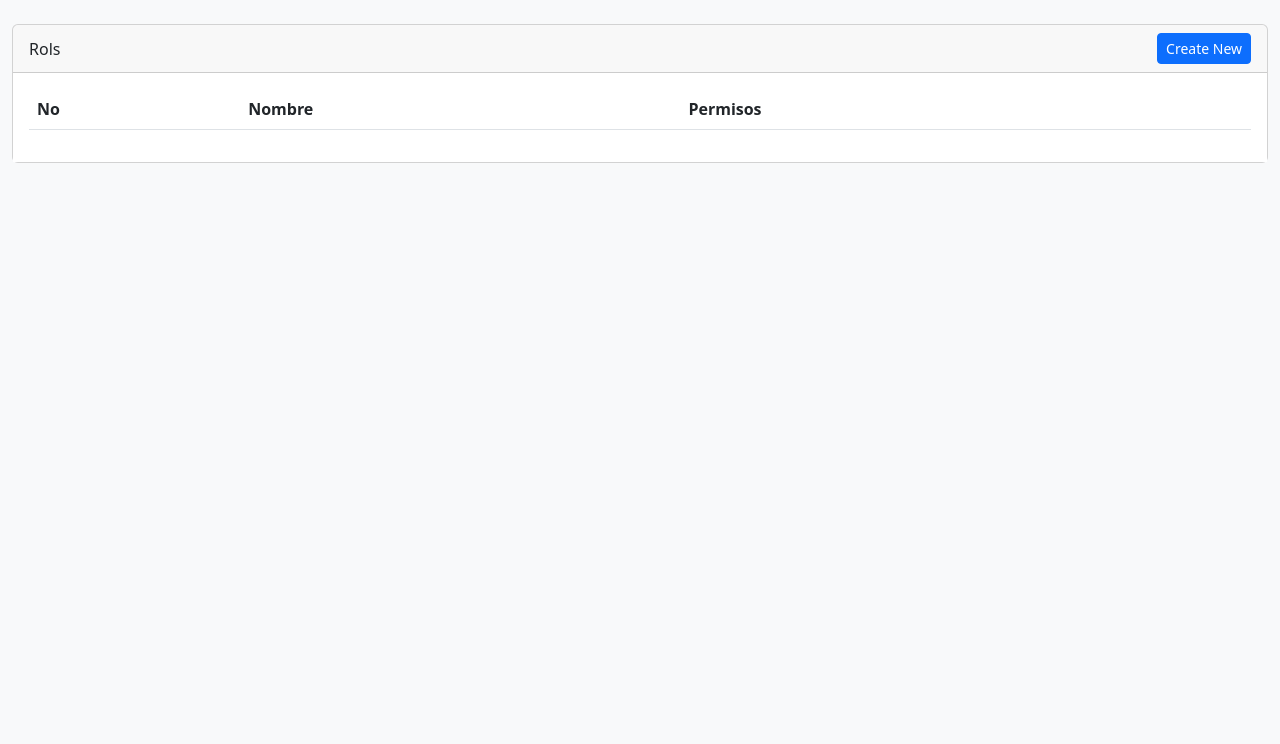
Repository: iAngie28/autoescuela-unido
Page: http://localhost/rols
An editor plug-in stored every save of this project. The page is shown before and after the next save, followed by the edit.
The browser window is 1280 px wide. The pictures show the whole page.
The page is served by the project's Laravel application, run on PHP 8.4 with Laravel 12. Other server files are loaded and not shown. Queries for data that is not in the repository find no rows.

Above is the page before, as saved 2025-05-07 02:29:04.

### app/Listeners/LogSuccessfulLogout.php
<?php

namespace App\Listeners;

use App\Models\Bitacora;
use Illuminate\Auth\Events\Logout;
use Illuminate\Contracts\Queue\ShouldQueue;
use Illuminate\Queue\InteractsWithQueue;

class LogSuccessfulLogout
{
    public function handle(Logout $event)
    {

        $lastEntry = Bitacora::where('id_user', $event->user->id)
        ->whereNull('fecha_salida')
        ->latest()
        ->first();

        if ($lastEntry) {
        $lastEntry->update([
            'fecha_salida' => now(),
            'accion' => $lastEntry->actions . "\nCierre de sesión"
        ]);
    }
    }
}

### app/Listeners/LogSuccessfulLogin.php
<?php

namespace App\Listeners;

use App\Models\Bitacora;
use Illuminate\Auth\Events\Login;
use Illuminate\Support\Facades\Log;
use Illuminate\Contracts\Queue\ShouldQueue;
use Illuminate\Queue\InteractsWithQueue;

class LogSuccessfulLogin
{
    public function handle(Login $event)
    {
        Log::info('Listener de Login ejecutado');
        Bitacora::create([
            'id_user' => $event->user->id,
            'direccion_ip' => request()->ip(),
            'fecha_entrada' => now(),
            'accion' => 'inicio de sesion'
        ]);
    }
}

### routes/web.php
<?php

use Illuminate\Support\Facades\Route;
use App\Http\Controllers\AdministradorController;
use App\Http\Controllers\EstudianteController;
use App\Http\Controllers\ExamenCategoriaAspiraController;
use App\Http\Controllers\GrupoExamanController;
use App\Http\Controllers\InstructorController;
use App\Http\Controllers\NotificacioneController;
use App\Http\Controllers\PagoController;
use App\Http\Controllers\PaqueteController;
use App\Http\Controllers\RolController;
use App\Http\Controllers\TipoVehiculoController;
use App\Http\Controllers\UsuarioController;
use App\Http\Controllers\VehiculoController;

Route::view('/', 'welcome');

Route::view('dashboard', 'dashboard')
    ->middleware(['auth', 'verified'])
    ->name('dashboard');

Route::view('profile', 'profile')
    ->middleware(['auth'])
    ->name('profile');

require __DIR__.'/auth.php';
//angie
Route::resource('rols', \App\Http\Controllers\RolController::class); // Sin middleware
Route::resource('notificaciones', NotificacioneController::class);
Route::resource('usuarios', UsuarioController::class);
Route::resource('administradors', AdministradorController::class);
Route::resource('estudiantes', EstudianteController::class);
Route::resource('instructors', InstructorController::class);
Route::resource('pagos', PagoController::class);
Route::resource('tipo-vehiculos', TipoVehiculoController::class);
Route::resource('vehiculos', VehiculoController::class);
Route::resource('examen-categoria-aspiras', ExamenCategoriaAspiraController::class);
Route::resource('paquetes', PaqueteController::class);
Route::resource('grupo-examen', GrupoExamanController::class);

### app/Http/Controllers/RolController.php
<?php

namespace App\Http\Controllers;

use App\Models\Rol;
use Illuminate\Http\RedirectResponse;
use Illuminate\Http\Request;
use App\Http\Requests\RolRequest;
use Illuminate\Support\Facades\Redirect;
use Illuminate\View\View;

class RolController extends Controller
{
    /**
     * Display a listing of the resource.
     */
    public function index(Request $request): View
    {
        $rols = Rol::paginate();

        return view('rol.index', compact('rols'))
            ->with('i', ($request->input('page', 1) - 1) * $rols->perPage());
    }

    /**
     * Show the form for creating a new resource.
     */
    public function create(): View
    {
        $rol = new Rol();

        return view('rol.create', compact('rol'));
    }

    /**
     * Store a newly created resource in storage.
     */
    public function store(RolRequest $request): RedirectResponse
    {
        Rol::create($request->validated());

        return Redirect::route('rols.index')
            ->with('success', 'Rol created successfully.');
    }

    /**
     * Display the specified resource.
     */
    public function show($id): View
    {
        $rol = Rol::find($id);

        return view('rol.show', compact('rol'));
    }

    /**
     * Show the form for editing the specified resource.
     */
    public function edit($id): View
    {
        $rol = Rol::find($id);

        return view('rol.edit', compact('rol'));
    }

    /**
     * Update the specified resource in storage.
     */
    public function update(RolRequest $request, Rol $rol): RedirectResponse
    {
        $rol->update($request->validated());

        return Redirect::route('rols.index')
            ->with('success', 'Rol updated successfully');
    }

    public function destroy($id): RedirectResponse
    {
        Rol::find($id)->delete();

        return Redirect::route('rols.index')
            ->with('success', 'Rol deleted successfully');
    }
}

### app/Models/Rol.php
<?php

namespace App\Models;

use Illuminate\Database\Eloquent\Model;

/**
 * Class Rol
 *
 * @property $id
 * @property $nombre
 * @property $permisos
 * @property $created_at
 * @property $updated_at
 *
 * @property User[] $users
 * @property User[] $users
 * @package App
 * @mixin \Illuminate\Database\Eloquent\Builder
 */
class Rol extends Model
{

    protected $perPage = 20;

    /**
     * The attributes that are mass assignable.
     *
     * @var array<int, string>
     */
    protected $fillable = ['nombre', 'permisos'];


    /**
     * @return \Illuminate\Database\Eloquent\Relations\HasMany
     */
    public function users()
    {
        return $this->hasMany(\App\Models\User::class, 'id', 'id_rol');
    }

}

### resources/views/rol/index.blade.php
@extends('layouts.guest-bootstrap')
    @section('content')
    <div class="container-fluid mt-4">
        <div class="row">
            <div class="col-sm-12">
                <div class="card ">
                    <div class="card-header ">
                        <div style="display: flex; justify-content: space-between; align-items: center;">

                            <span id="card_title">
                                {{ __('Rols') }}
                            </span>

                             <div class="float-right">
                                <a href="{{ route('rols.create') }}" class="btn btn-primary btn-sm float-right"  data-placement="left">
                                  {{ __('Create New') }}
                                </a>
                              </div>
                        </div>
                    </div>
                    @if ($message = Session::get('success'))
                        <div class="alert alert-success m-4">
                            <p>{{ $message }}</p>
                        </div>
                    @endif

                    <div class="card-body bg-white">
                        <div class="table-responsive">
                            <table class="table table-striped table-hover">
                                <thead class="thead">
                                    <tr>
                                        <th>No</th>

									<th >Nombre</th>
									<th >Permisos</th>

                                        <th></th>
                                    </tr>
                                </thead>
                                <tbody>
                                    @foreach ($rols as $rol)
                                        <tr>
                                            <td>{{ ++$i }}</td>

										<td >{{ $rol->nombre }}</td>
										<td >{{ $rol->permisos }}</td>

                                            <td>
                                                <form action="{{ route('rols.destroy', $rol->id) }}" method="POST">
                                                    <a class="btn btn-sm btn-primary " href="{{ route('rols.show', $rol->id) }}"><i class="fa fa-fw fa-eye"></i> {{ __('Show') }}</a>
                                                    <a class="btn btn-sm btn-success" href="{{ route('rols.edit', $rol->id) }}"><i class="fa fa-fw fa-edit"></i> {{ __('Edit') }}</a>
                                                    @csrf
                                                    @method('DELETE')
                                                    <button type="submit" class="btn btn-danger btn-sm" onclick="event.preventDefault(); confirm('Are you sure to delete?') ? this.closest('form').submit() : false;"><i class="fa fa-fw fa-trash"></i> {{ __('Delete') }}</button>
                                                </form>
                                            </td>
                                        </tr>
                                    @endforeach
                                </tbody>
                            </table>
                        </div>
                    </div>
                </div>
                {!! $rols->withQueryString()->links() !!}
            </div>
        </div>
    </div>
    @endsection

### resources/views/layouts/guest-bootstrap.blade.php
<!DOCTYPE html>
<html lang="{{ str_replace('_', '-', app()->getLocale()) }}">
<head>
  <meta charset="utf-8">
  <meta name="viewport" content="width=device-width, initial-scale=1">
  <meta name="csrf-token" content="{{ csrf_token() }}">

  <title>{{ config('app.name', 'Laravel') }}</title>

  {{-- Bootstrap CSS --}}
  <link href="https://cdn.jsdelivr.net/npm/bootstrap@5.3.0/dist/css/bootstrap.min.css" rel="stylesheet">
  {{-- Opcional: Font‑Awesome --}}
  <link href="https://cdnjs.cloudflare.com/ajax/libs/font-awesome/6.4.0/css/all.min.css" rel="stylesheet">
</head>
<body class="bg-light">

  {{-- Aquí se inyecta todo el contenido de la vista hija --}}
  <div class="min-vh-100">
    @yield('content')
  </div>
  <style>
    /* elimina el padding-left de la celda de acciones */
    .table td.actions {
      padding-left: 0 !important;
    }
    /* fija un ancho máximo para la columna de acciones */
    .table th.actions,
    .table td.actions {
      width: 180px;
    }
    /* opcional: reduce el gap entre botones si quieres aún más compactos */
    .table td.actions .btn {
      margin-right: 0.25rem;
    }
  </style>

  {{-- Bootstrap JS --}}
  <script src="https://cdn.jsdelivr.net/npm/bootstrap@5.3.0/dist/js/bootstrap.bundle.min.js"></script>
</body>
</html>

Loaded but not shown: routes/auth.php (common file); app/Http/Controllers/Auth/VerifyEmailController.php (common file); app/Http/Controllers/Controller.php (common file)

After the next save:
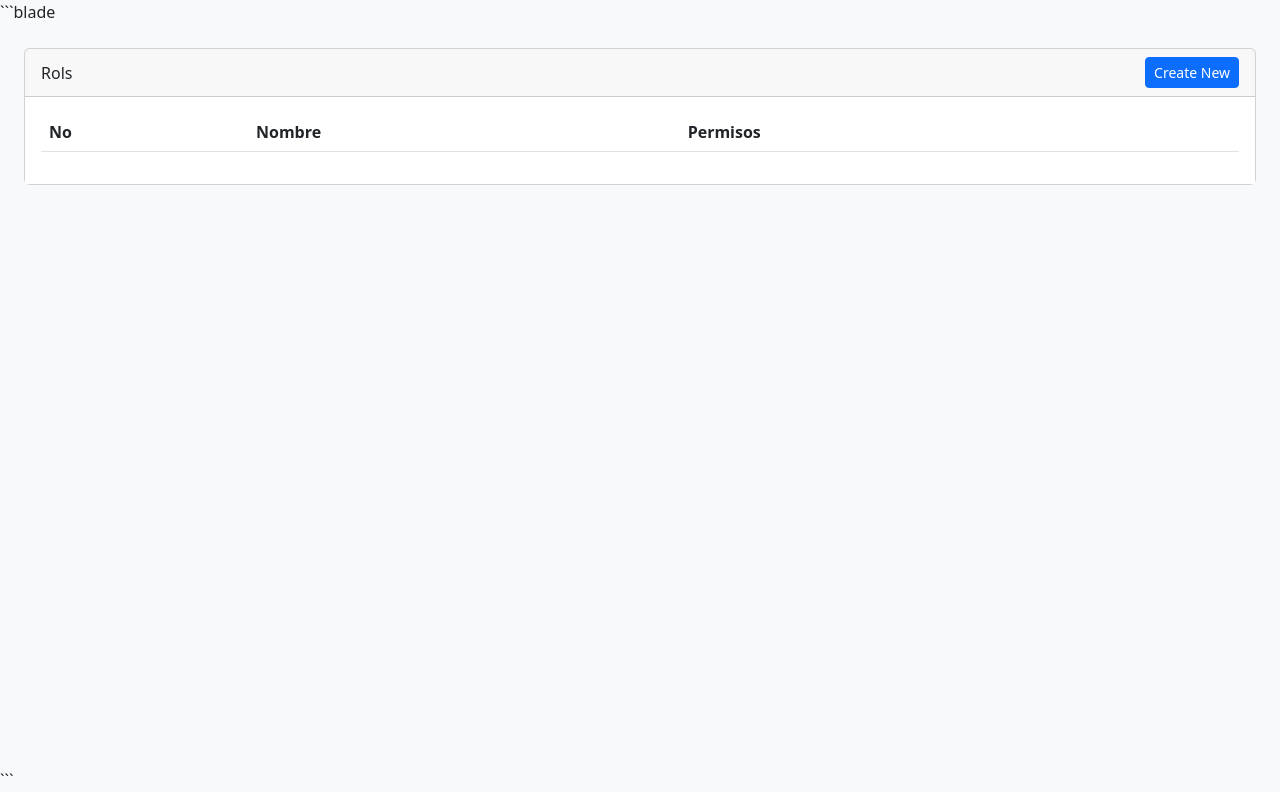
Saved 107 s later.
--- a/resources/views/layouts/guest-bootstrap.blade.php
+++ b/resources/views/layouts/guest-bootstrap.blade.php
@@ -1,3 +1,4 @@
+```blade
 <!DOCTYPE html>
 <html lang="{{ str_replace('_', '-', app()->getLocale()) }}">
 <head>
@@ -11,30 +12,35 @@
   <link href="https://cdn.jsdelivr.net/npm/bootstrap@5.3.0/dist/css/bootstrap.min.css" rel="stylesheet">
   {{-- Opcional: Font‑Awesome --}}
   <link href="https://cdnjs.cloudflare.com/ajax/libs/font-awesome/6.4.0/css/all.min.css" rel="stylesheet">
-</head>
-<body class="bg-light">
 
-  {{-- Aquí se inyecta todo el contenido de la vista hija --}}
-  <div class="min-vh-100">
-    @yield('content')
-  </div>
+  {{-- Estilos globales para tablas y botones de acciones --}}
   <style>
-    /* elimina el padding-left de la celda de acciones */
+    /* Elimina el padding-left de la celda de acciones */
     .table td.actions {
       padding-left: 0 !important;
     }
-    /* fija un ancho máximo para la columna de acciones */
+    /* Fija un ancho para la columna de acciones */
     .table th.actions,
     .table td.actions {
       width: 180px;
     }
-    /* opcional: reduce el gap entre botones si quieres aún más compactos */
+    /* Ajusta el espacio entre botones */
     .table td.actions .btn {
       margin-right: 0.25rem;
     }
   </style>
+</head>
+<body class="bg-light">
+
+  {{-- Sección envolvente con margen superior y contenedor fluido --}}
+  <section class="content container-fluid mt-4">
+    <div class="min-vh-100">
+      @yield('content')
+    </div>
+  </section>
 
   {{-- Bootstrap JS --}}
   <script src="https://cdn.jsdelivr.net/npm/bootstrap@5.3.0/dist/js/bootstrap.bundle.min.js"></script>
 </body>
 </html>
+```
